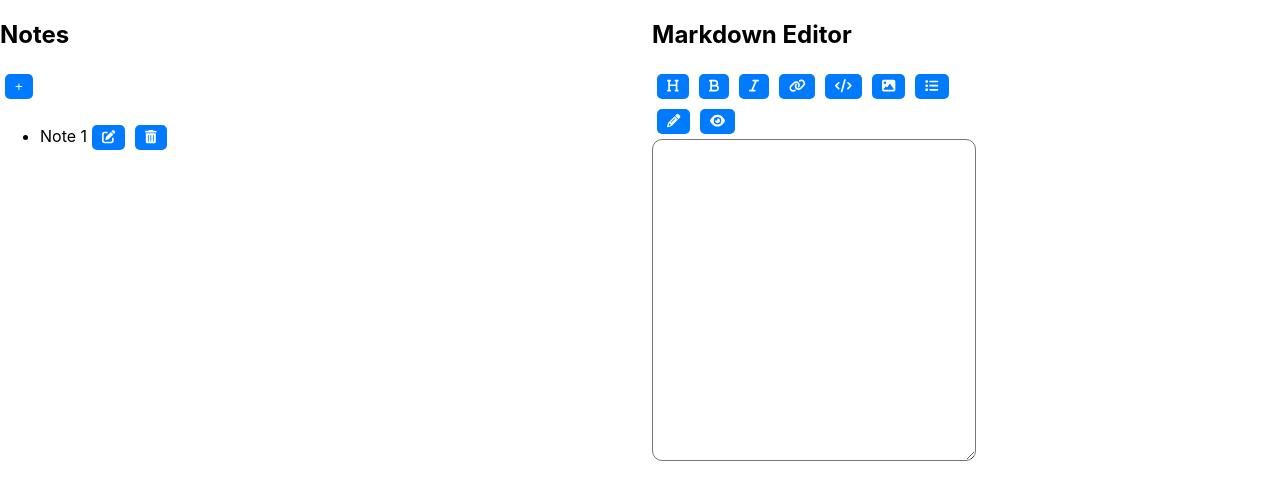
Repository: sriram1224/markdown_editor
Page: /
These files come from the project's save history. The page is drawn as it stood at one moment and after the next save; the edit follows.
The browser window is 1280 px wide. The pictures show the whole page.
The project was rebuilt for these pictures with package versions that can differ from the ones it lists, and the page was loaded fresh each time.

Above is the page before, as saved 2024-04-22 23:09:36.

### src/App.js
import "./App.css";
import MarkdownEditor from './Components/Markdown';
function App() {
  return (
    <div>
     <MarkdownEditor />
    </div>
  );
}

export default App;

### src/App.css
.markdown-editor {
  display: flex;
  justify-content: space-between;
}

.notes-section {
  width: 45%;
  background-color: #f5f5f5;
  padding: 20px;
  border-radius: 10px;
}

.notes-section h2 {
  color: #333;
}

.notes-section ul {
  list-style-type: none;
  padding: 0;
}
.textarea{
  width: 100%;
  height: 300px;
  border-radius: 10px;
  padding: 10px;
  font-size: 16px;

}

.notes-section ul li {
  margin: 10px 0;
}
.container{
  display: flex;
  width: 100%;
  gap: 30rem;
}
.editor-section {

  background-color: #f5f5f5;
  padding: 20px;
  border-radius: 10px;
}

.editor-section h2 {
  color: #333;
}

.editor-section textarea {
  width: 100%;
  height: 300px;
  border-radius: 10px;
  padding: 10px;
  font-size: 16px;
}

button {
  margin: 5px;
  padding: 5px 10px;
  border: none;
  border-radius: 5px;
  background-color: #007bff;
  color: white;
  cursor: pointer;
}

button:hover {
  background-color: #0056b3;
}

### src/Components/Markdown.js
import React, { useState, useRef } from 'react';
import ReactMarkdown from 'react-markdown';
import { FontAwesomeIcon } from '@fortawesome/react-fontawesome';
import { faHeading, faBold, faItalic, faLink, faCode, faImage, faList, faEdit, faTrashAlt, faEye, faPencilAlt } from '@fortawesome/free-solid-svg-icons';


const MarkdownEditor = () => {
  const [notes, setNotes] = useState([{ id: 1, content: '' }]);
  const [currentNoteId, setCurrentNoteId] = useState(1);
  const [markdownContent, setMarkdownContent] = useState('');
  const [showEditor, setShowEditor] = useState(true);

  const textareaRef = useRef();

  const handleNoteAdd = () => {
    const newNoteId = (notes[notes.length - 1]?.id || 0) + 1;
    setNotes([...notes, { id: newNoteId, content: '' }]);
    setCurrentNoteId(newNoteId);
    setMarkdownContent('');
    setShowEditor(true);
  };

  const handleNoteChange = (id, content) => {
    const updatedNotes = notes.map((note) =>
      note.id === id ? { ...note, content } : note
    );
    setNotes(updatedNotes);
  };

  const handleEditorChange = (content) => {
    setMarkdownContent(content);
    handleNoteChange(currentNoteId, content);
  };

  const handleNoteClick = (id) => {
    const note = notes.find(note => note.id === id);
    if (note) {
      setCurrentNoteId(id);
      setMarkdownContent(note.content);
      setShowEditor(true);
    }
  };

  const handleMarkdownFeatureClick = (feature) => {
    const markdownSnippet = {
      heading: '# heading\n',
      bold: '**bold text**\n',
      italic: '*italic text*\n',
      link: '[link text](http://example.com)\n',
      code: '`code`\n',
      image: '![alt text](image.jpg)\n',
      list: '- list item\n',
    }[feature];

    const cursorPosition = textareaRef.current.selectionStart;
    const newMarkdownContent = [
      markdownContent.slice(0, cursorPosition),
      markdownSnippet,
      markdownContent.slice(cursorPosition),
    ].join('');

    setMarkdownContent(newMarkdownContent);
    handleNoteChange(currentNoteId, newMarkdownContent);
  };

  const handleNoteDelete = (id) => {
    setNotes(notes.filter(note => note.id !== id));
    if (id === currentNoteId) {
      setCurrentNoteId(null);
      setMarkdownContent('');
      setShowEditor(false);
    }
  };

  return (
    <div className="container">
      <div className="notes-container">
        <h2>Notes</h2>
        <button className="button" onClick={handleNoteAdd}>+</button>
        <ul>
          {notes.map((note) => (
            <li key={note.id}>
              Note {note.id}
              <button className="button" onClick={() => handleNoteClick(note.id)}><FontAwesomeIcon icon={faEdit} /></button>
              <button className="button" onClick={() => handleNoteDelete(note.id)}><FontAwesomeIcon icon={faTrashAlt} /></button>
            </li>
          ))}
        </ul>
      </div>
      <div className="markdown-container">
        <h2>Markdown Editor</h2>
        <div>
          <button className="button" onClick={() => handleMarkdownFeatureClick('heading')}><FontAwesomeIcon icon={faHeading} /></button>
          <button className="button" onClick={() => handleMarkdownFeatureClick('bold')}><FontAwesomeIcon icon={faBold} /></button>
          <button className="button" onClick={() => handleMarkdownFeatureClick('italic')}><FontAwesomeIcon icon={faItalic} /></button>
          <button className="button" onClick={() => handleMarkdownFeatureClick('link')}><FontAwesomeIcon icon={faLink} /></button>
          <button className="button" onClick={() => handleMarkdownFeatureClick('code')}><FontAwesomeIcon icon={faCode} /></button>
          <button className="button" onClick={() => handleMarkdownFeatureClick('image')}><FontAwesomeIcon icon={faImage} /></button>
          <button className="button" onClick={() => handleMarkdownFeatureClick('list')}><FontAwesomeIcon icon={faList} /></button>
        </div>
        <div>
          <button className="button" onClick={() => setShowEditor(true)}><FontAwesomeIcon icon={faPencilAlt} /></button>
          <button className="button" onClick={() => setShowEditor(false)}><FontAwesomeIcon icon={faEye} /></button>
        </div>
        {showEditor ? (
          <textarea
            ref={textareaRef}
            value={markdownContent}
            onChange={(e) => handleEditorChange(e.target.value)}
            className="textarea"
          />
        ) : (
          <ReactMarkdown className="markdown-content">{markdownContent}</ReactMarkdown>
        )}
      </div>
    </div>
  );
};

export default MarkdownEditor;

Loaded but not shown: public/index.html (common file); src/index.js (common file); src/index.css (common file); src/reportWebVitals.js (common file)

After the next save:
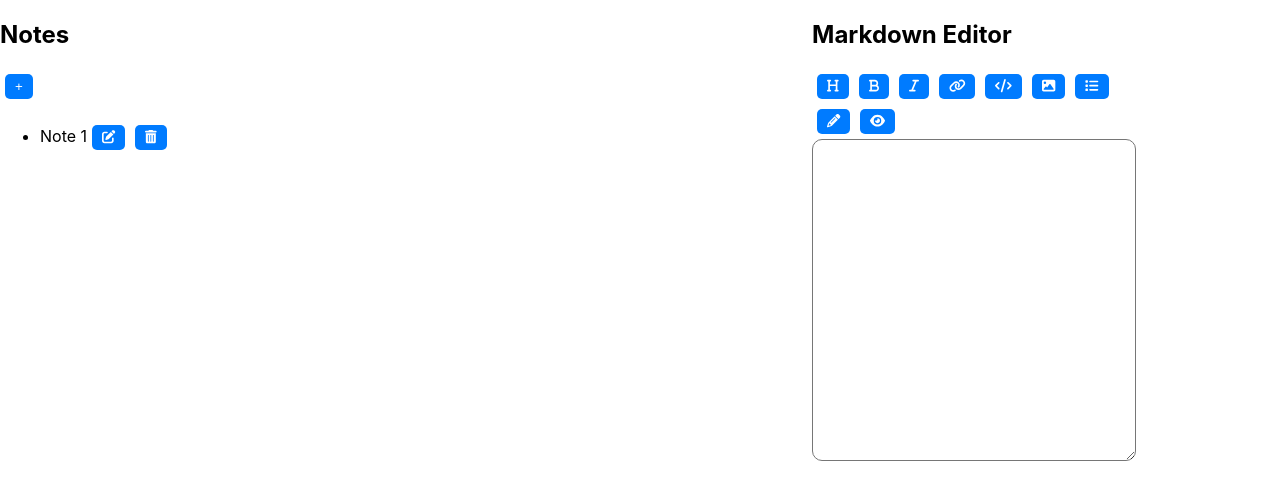
Saved 9 s later.
--- a/src/App.css
+++ b/src/App.css
@@ -33,7 +33,7 @@
 .container{
   display: flex;
   width: 100%;
-  gap: 30rem;
+  gap: 40rem;
 }
 .editor-section {
 
